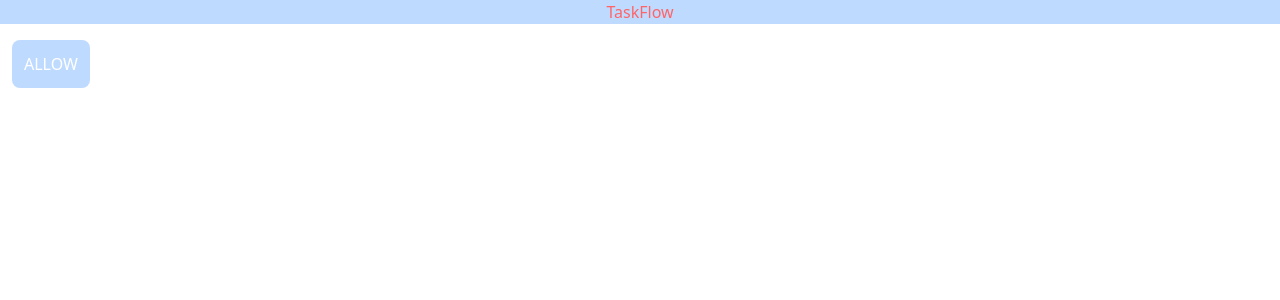
Repository: Manny1294/Taskflow
Page: /
An editor plug-in stored every save of this project. The page is shown before and after the next save, followed by the edit.
The browser window is 1280 px wide. The pictures show the whole page.
The project was rebuilt for these pictures with package versions that can differ from the ones it lists, and the page was loaded fresh each time. Also part of the build but not shown: vite.config.js.

Above is the page before, as saved 2026-02-11 06:44:44.

### index.html
<!doctype html>
<html lang="en">
  <head>
    <meta charset="UTF-8" />
    <link rel="icon" type="image/svg+xml" href="/vite.svg" />
    <meta name="viewport" content="width=device-width, initial-scale=1.0" />
    <title>taskflow</title>
  </head>
  <body>
    <div id="root"></div>
    <script type="module" src="/src/main.jsx"></script>
  </body>
</html>

### src/App.jsx
export default function App() {
  return (
    <>
      <h1 className="text-red-400 bg-blue-200 flex items-center justify-center ">
        TaskFlow
      </h1>
      <button className="border-green-300 rounded-lg bg-blue-200 my-4 mx-3 p-3 text-white">
        ALLOW
      </button>
    </>
  );
}

Loaded but not shown: src/main.jsx (common file); src/index.css (common file)

After the next save:
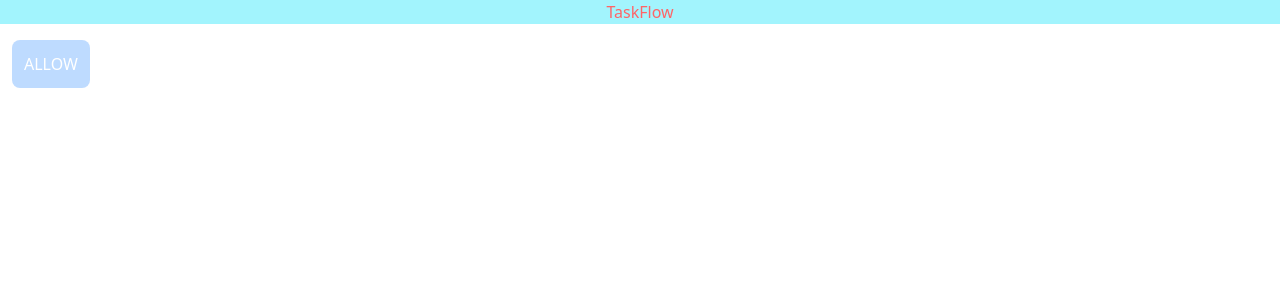
Saved 13 s later.
--- a/src/App.jsx
+++ b/src/App.jsx
@@ -1,7 +1,7 @@
 export default function App() {
   return (
     <>
-      <h1 className="text-red-400 bg-blue-200 flex items-center justify-center ">
+      <h1 className="text-red-400 bg-cyan-200 flex items-center justify-center ">
         TaskFlow
       </h1>
       <button className="border-green-300 rounded-lg bg-blue-200 my-4 mx-3 p-3 text-white">
